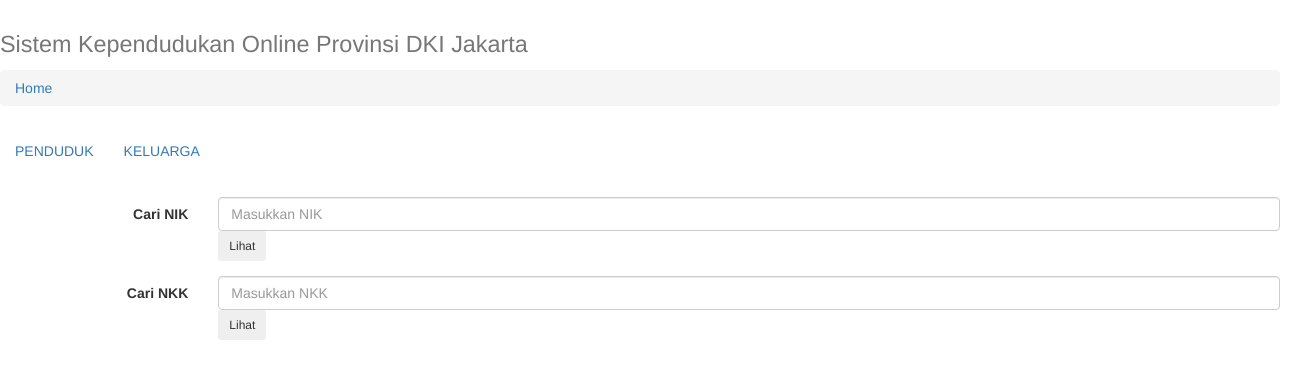
Repository: apap-2017/tugas1_1406544135
Page: http://localhost/index
These files come from the project's save history. The page is drawn as it stood at one moment and after the next save; the edit follows.
The browser window is 1280 px wide. The page is 1295 px wide, so the pictures cover 1295 px, including what lies to the right of the window. The pictures show the whole page.
The page is this project's Thymeleaf template; nobody is signed in. The template is opened directly, without the code that normally fills it, so the values that code supplies are empty.

Above is the page before, as saved 2017-10-20 03:48:49.

### Tugas1_1406544135/src/main/resources/templates/index.html
<!DOCTYPE HTML>
<html xmlns="http://www.w3.org/1999/xhtml"
	xmlns:th="http://www.thymeleaf.org">
<head>
<title>Siduk DKI</title>
<meta http-equiv="Content-Type" content="text/html; charset=UTF-8" />
     <link href="../../static/css/bootstrap.min.css" rel="stylesheet" th:href="@{/css/bootstrap.min.css}" />
</head>

<body>

	<section class="content-header">
		<h1>
			<small>Sistem Kependudukan Online Provinsi DKI Jakarta</small>
		</h1>
		<ol class="breadcrumb">
			<li><a th:href="@{/}">Home</a></li>

		</ol>
		<ul class="nav navbar-nav">
			<li><a th:href="@{/penduduk/}">PENDUDUK</a></li>
			<li><a th:href="@{/keluarga/}">KELUARGA</a></li>
		</ul>
	</section>

	<nav class="navbar navbar-static-top" role="navigation">

	</nav>

	<form class="form-horizontal" action="/penduduk" method="get">
		<div class="form-group">
			<label class="col-sm-2 control-label">Cari NIK</label>
			<div class="col-sm-10">
				<input type="text" name="nik" class="form-control" placeholder="Masukkan NIK"/>
				<button type="submit" class="btn btn-sm bg-teal pull-left" name="action" value="save">Lihat</button>
			</div>
		</div>
	</form>

	<form class="form-horizontal" action="/keluarga" method="get">
		<div class="form-group">
			<label class="col-sm-2 control-label">Cari NKK</label>
			<div class="col-sm-10">
				<input type="text" name="nkk" class="form-control" placeholder="Masukkan NKK"/>
				<button type="submit" class="btn btn-sm bg-teal pull-left" name="action" value="save">Lihat</button>
			</div>
		</div>
	</form>

</body>

</html>

Loaded but not shown: Tugas1_1406544135/src/main/resources/static/css/bootstrap.min.css (library)

After the next save:
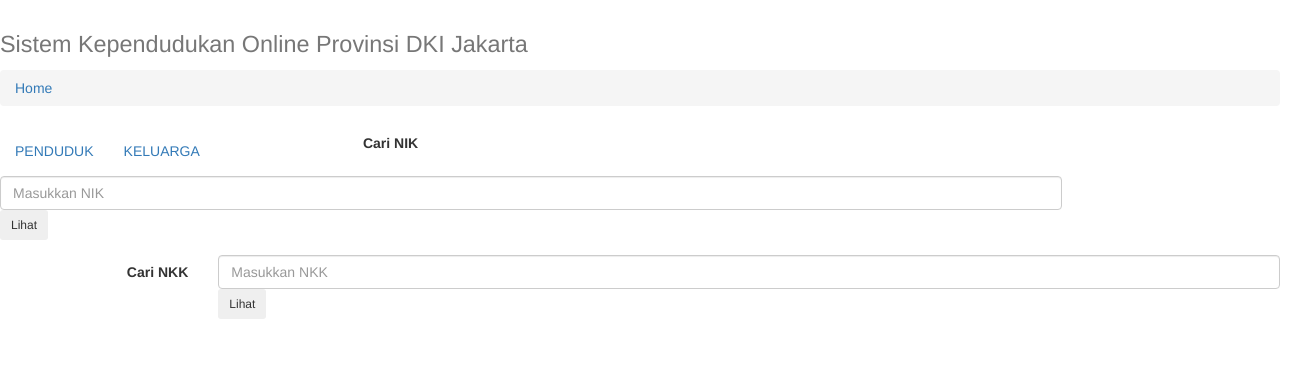
Saved 5 s later.
--- a/Tugas1_1406544135/src/main/resources/templates/index.html
+++ b/Tugas1_1406544135/src/main/resources/templates/index.html
@@ -23,9 +23,6 @@
 		</ul>
 	</section>
 
-	<nav class="navbar navbar-static-top" role="navigation">
-
-	</nav>
 
 	<form class="form-horizontal" action="/penduduk" method="get">
 		<div class="form-group">

After the save that followed:
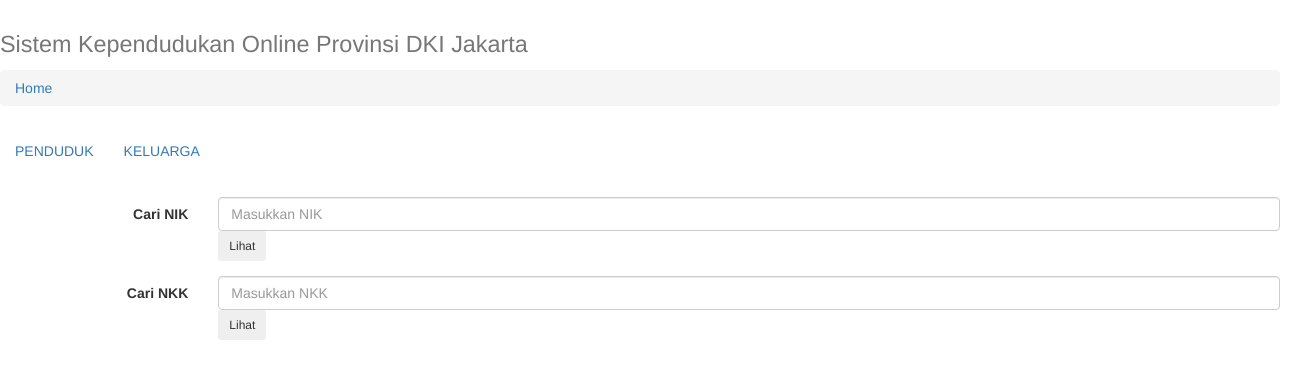
Saved 34 s later.
--- a/Tugas1_1406544135/src/main/resources/templates/index.html
+++ b/Tugas1_1406544135/src/main/resources/templates/index.html
@@ -15,14 +15,15 @@
 		</h1>
 		<ol class="breadcrumb">
 			<li><a th:href="@{/}">Home</a></li>
+		</ol>
+	</section>
 
-		</ol>
+	<nav class="navbar navbar-static-top" role="navigation">
 		<ul class="nav navbar-nav">
 			<li><a th:href="@{/penduduk/}">PENDUDUK</a></li>
 			<li><a th:href="@{/keluarga/}">KELUARGA</a></li>
 		</ul>
-	</section>
-
+	</nav>
 
 	<form class="form-horizontal" action="/penduduk" method="get">
 		<div class="form-group">
